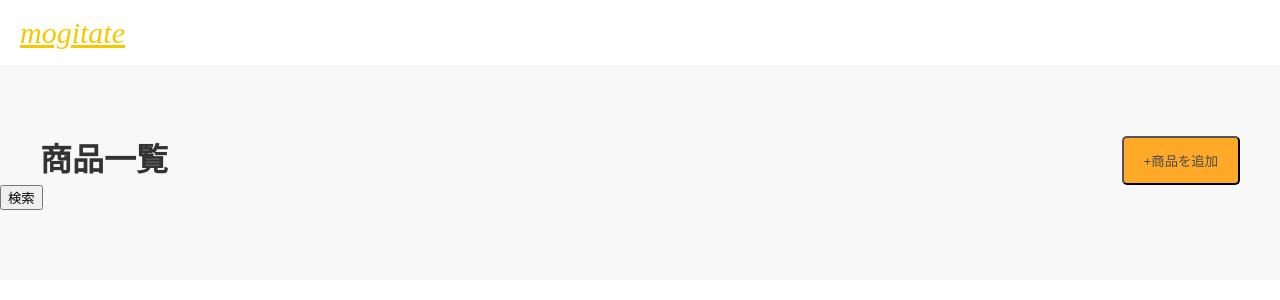
Repository: SuzukiFuminori/test-fruit
Page: http://localhost/products
These files come from the project's save history. The page is drawn as it stood at one moment and after the next save; the edit follows.
The browser window is 1280 px wide. The pictures show the whole page.
The page is served by the project's Laravel application, run on PHP 8.4 with Laravel 8. Other server files are loaded and not shown. Queries for data that is not in the repository find no rows.

Above is the page before, as saved 2024-12-30 03:48:14.

### src/routes/web.php
<?php

use Illuminate\Support\Facades\Route;
use App\Http\Controllers\ProductController;

/*
|--------------------------------------------------------------------------
| Web Routes
|--------------------------------------------------------------------------
|
| Here is where you can register web routes for your application. These
| routes are loaded by the RouteServiceProvider within a group which
| contains the "web" middleware group. Now create something great!
|
*/

Route::get('/products', [ProductController::class, 'index']);
Route::get('/products/register', [ProductController::class, 'add']);

### src/app/Http/Controllers/ProductController.php
<?php

namespace App\Http\Controllers;
use App\Models\Product;
use Illuminate\Http\Request;

class ProductController extends Controller
{
    // 商品一覧ページの表示
    public function index()
    {
        $products = Product::all();
        return view('index', ['products' => $products]);
    }

    // 商品登録ページの表示
    public function add()
    {
        return view('add');
    }
}

### src/resources/views/index.blade.php
@extends('layouts.default')

@section('title', '商品一覧')

@section('css')
<link rel="stylesheet" href="{{ asset('css/index.css') }}">
@endsection

@section('content')
  <div class="content">
    <div class="content__inner">
      <div class="content-heading">
        <div class="content-heading__title">
          @yield('title')
        </div>
        <div class="content-heading__button">
          <button class="content-heading__button-submit" type="submit">+商品を追加</button>
        </div>
      </div>
      <div class="content-container">
        <div class="search">
          <div class="search__input"></div>
          <div class="search__button">
            <button class="search__button-submit" >検索</button>
          </div>
        </div>
      </div>
    </div>
  </div>
@endsection

### src/resources/views/layouts/default.blade.php
<!DOCTYPE html>
<html lang="ja">

<head>
  <meta charset="UTF-8">
  <meta name="viewport" content="width=device-width, initial-scale=1.0">
  <title>@yield('title')</title>
  <link rel="stylesheet" href="{{ asset('css/sanitize.css') }}">
  <link rel="stylesheet" href="{{ asset('css/common.css') }}">
  @yield('css')
</head>

<body>
  <header class="header">
    <div class="header__inner">
      <a class="header__logo" href="/">
        mogitate
      </a>
    </div>
  </header>
  <main>
    @yield('content')
  </main>
</body>

</html>

### src/public/css/sanitize.css
/* Document
* ========================================================================== */

/**
* Add border box sizing in all browsers (opinionated).
*/

*,
::before,
::after {
  box-sizing: border-box;
}

/**
* 1. Add text decoration inheritance in all browsers (opinionated).
* 2. Add vertical alignment inheritance in all browsers (opinionated).
*/

::before,
::after {
  vertical-align: inherit;
  /* 2 */
  text-decoration: inherit;
  /* 1 */
}

/**
* 1. Use the default cursor in all browsers (opinionated).
* 2. Change the line height in all browsers (opinionated).
* 3. Use a 4-space tab width in all browsers (opinionated).
* 4. Remove the grey highlight on links in iOS (opinionated).
* 5. Prevent adjustments of font size after orientation changes in
*    IE on Windows Phone and in iOS.
* 6. Breaks words to prevent overflow in all browsers (opinionated).
*/

html {
  word-break: break-word;
  /* 6 */
  -moz-tab-size: 4;
  /* 3 */
  tab-size: 4;
  /* 3 */
  line-height: 1.5;
  /* 2 */
  cursor: default;
  /* 1 */

  -webkit-tap-highlight-color: transparent
    /* 4 */
  ;
  -ms-text-size-adjust: 100%;
  /* 5 */
  -webkit-text-size-adjust: 100%;
  /* 5 */
}

/* Sections
* ========================================================================== */

/**
* Remove the margin in all browsers (opinionated).
*/

body {
  margin: 0;
}

/**
* Correct the font size and margin on `h1` elements within `section` and
* `article` contexts in Chrome, Edge, Firefox, and Safari.
*/

h1 {
  margin: 0.67em 0;
  font-size: 2em;
}

/* Grouping content
* ========================================================================== */

/**
* Remove the margin on nested lists in Chrome, Edge, IE, and Safari.
*/

dl dl,
dl ol,
dl ul,
ol dl,
ul dl {
  margin: 0;
}

/**
* Remove the margin on nested lists in Edge 18- and IE.
*/

ol ol,
ol ul,
ul ol,
ul ul {
  margin: 0;
}

/**
* 1. Add the correct sizing in Firefox.
* 2. Show the overflow in Edge 18- and IE.
*/

hr {
  overflow: visible;
  /* 2 */
  height: 0;
  /* 1 */
}

/**
* Add the correct display in IE.
*/

main {
  display: block;
}

/**
* Remove the list style on navigation lists in all browsers (opinionated).
*/

nav ol,
nav ul {
  padding: 0;
  list-style: none;
}

/**
* 1. Correct the inheritance and scaling of font size in all browsers.
* 2. Correct the odd `em` font sizing in all browsers.
*/

pre {
  font-size: 1em;
  /* 2 */
  font-family: monospace, monospace;
  /* 1 */
}

/* Text-level semantics
* ========================================================================== */

/**
* Remove the gray background on active links in IE 10.
*/

a {
  background-color: transparent;
}

/**
* Add the correct text decoration in Edge 18-, IE, and Safari.
*/

abbr[title] {
  text-decoration: underline;
  text-decoration: underline dotted;
}

/**
* Add the correct font weight in Chrome, Edge, and Safari.
*/

b,
strong {
  font-weight: bolder;
}

/**
* 1. Correct the inheritance and scaling of font size in all browsers.
* 2. Correct the odd `em` font sizing in all browsers.
*/

code,
kbd,
samp {
  font-size: 1em;
  /* 2 */
  font-family: monospace, monospace;
  /* 1 */
}

/**
* Add the correct font size in all browsers.
*/

small {
  font-size: 80%;
}

/* Embedded content
* ========================================================================== */

/*
* Change the alignment on media elements in all browsers (opinionated).
*/

audio,
canvas,
iframe,
img,
svg,
video {
  vertical-align: middle;
}

/**
* Add the correct display in IE 9-.
*/

audio,
video {
  display: inline-block;
}

/**
* Add the correct display in iOS 4-7.
*/

audio:not([controls]) {
  display: none;
  height: 0;
}

/**
* Remove the border on iframes in all browsers (opinionated).
*/

iframe {
  border-style: none;
}

/**
* Remove the border on images within links in IE 10-.
*/

img {
  border-style: none;
}

/**
* Change the fill color to match the text color in all browsers (opinionated).
*/

svg:not([fill]) {
  fill: currentColor;
}

/**
* Hide the overflow in IE.
*/

svg:not(:root) {
  overflow: hidden;
}

/* Tabular data
* ========================================================================== */

/**
* Collapse border spacing in all browsers (opinionated).
*/

table {
  border-collapse: collapse;
}

/* Forms
* ========================================================================== */

/**
* Remove the margin on controls in Safari.
*/

button,
input,
select {
  margin: 0;
}

/**
* 1. Show the overflow in IE.
* 2. Remove the inheritance of text transform in Edge 18-, Firefox, and IE.
*/

button {
  overflow: visible;
  /* 1 */
  text-transform: none;
  /* 2 */
}

/**
* Correct the inability to style buttons in iOS and Safari.
*/

button,
[type="button"],
[type="reset"],
[type="submit"] {
  -webkit-appearance: button;
}

/**
* 1. Change the inconsistent appearance in all browsers (opinionated).
* 2. Correct the padding in Firefox.
*/

fieldset {
  padding: 0.35em 0.75em 0.625em;
  /* 2 */
  border: 1px solid #a0a0a0;
  /* 1 */
}

/**
* Show the overflow in Edge 18- and IE.
*/

input {
  overflow: visible;
}

/**
* 1. Correct the text wrapping in Edge 18- and IE.
* 2. Correct the color inheritance from `fieldset` elements in IE.
*/

legend {
  display: table;
  /* 1 */
  max-width: 100%;
  /* 1 */
  color: inherit;
  /* 2 */
  white-space: normal;
  /* 1 */
}

/**
* 1. Add the correct display in Edge 18- and IE.
* 2. Add the correct vertical alignment in Chrome, Edge, and Firefox.
*/

progress {
  display: inline-block;
  /* 1 */
  vertical-align: baseline;
  /* 2 */
}

/**
* Remove the inheritance of text transform in Firefox.
*/

select {
  text-transform: none;
}

/**
* 1. Remove the margin in Firefox and Safari.
* 2. Remove the default vertical scrollbar in IE.
* 3. Change the resize direction in all browsers (opinionated).
*/

textarea {
  overflow: auto;
  /* 2 */
  margin: 0;
  /* 1 */
  resize: vertical;
  /* 3 */
}

/**
* Remove the padding in IE 10-.
*/

[type="checkbox"],
[type="radio"] {
  padding: 0;
}

/**
* 1. Correct the odd appearance in Chrome, Edge, and Safari.
* 2. Correct the outline style in Safari.
*/

[type="search"] {
  outline-offset: -2px;
  /* 2 */

  -webkit-appearance: textfield;
  /* 1 */
}

/**
* Correct the cursor style of increment and decrement buttons in Safari.
*/

::-webkit-inner-spin-button,
::-webkit-outer-spin-button {
  height: auto;
}

/**
* Correct the text style of placeholders in Chrome, Edge, and Safari.
*/

::-webkit-input-placeholder {
  color: inherit;
  opacity: 0.54;
}

/**
* Remove the inner padding in Chrome, Edge, and Safari on macOS.
*/

::-webkit-search-decoration {
  -webkit-appearance: none;
}

/**
* 1. Correct the inability to style upload buttons in iOS and Safari.
* 2. Change font properties to `inherit` in Safari.
*/

::-webkit-file-upload-button {
  font: inherit;
  /* 2 */

  -webkit-appearance: button;
  /* 1 */
}

/**
* Remove the inner border and padding of focus outlines in Firefox.
*/

::-moz-focus-inner {
  padding: 0;
  border-style: none;
}

/**
* Restore the focus outline styles unset by the previous rule in Firefox.
*/

:-moz-focusring {
  outline: 1px dotted ButtonText;
}

/**
* Remove the additional :invalid styles in Firefox.
*/

:-moz-ui-invalid {
  box-shadow: none;
}

/* Interactive
* ========================================================================== */

/*
* Add the correct display in Edge 18- and IE.
*/

details {
  display: block;
}

/*
* Add the correct styles in Edge 18-, IE, and Safari.
*/

dialog {
  position: absolute;
  right: 0;
  left: 0;
  display: block;
  margin: auto;
  padding: 1em;
  width: -moz-fit-content;
  width: -webkit-fit-content;
  width: fit-content;
  height: -moz-fit-content;
  height: -webkit-fit-content;
  height: fit-content;
  border: solid;
  background-color: white;
  color: black;
}

dialog:not([open]) {
  display: none;
}

/*
* Add the correct display in all browsers.
*/

summary {
  display: list-item;
}

/* Scripting
* ========================================================================== */

/**
* Add the correct display in IE 9-.
*/

canvas {
  display: inline-block;
}

/**
* Add the correct display in IE.
*/

template {
  display: none;
}

/* User interaction
* ========================================================================== */

/*
* 1. Remove the tapping delay in IE 10.
* 2. Remove the tapping delay on clickable elements
in all browsers (opinionated).
*/

a,
area,
button,
input,
label,
select,
summary,
textarea,
[tabindex] {
  -ms-touch-action: manipulation;
  /* 1 */
  touch-action: manipulation;
  /* 2 */
}

/**
* Add the correct display in IE 10-.
*/

[hidden] {
  display: none;
}

/* Accessibility
* ========================================================================== */

/**
* Change the cursor on busy elements in all browsers (opinionated).
*/

[aria-busy="true"] {
  cursor: progress;
}

/*
* Change the cursor on control elements in all browsers (opinionated).
*/

[aria-controls] {
  cursor: pointer;
}

/*
* Change the cursor on disabled, not-editable, or otherwise
* inoperable elements in all browsers (opinionated).
*/

[aria-disabled="true"],
[disabled] {
  cursor: not-allowed;
}

/*
* Change the display on visually hidden accessible elements
* in all browsers (opinionated).
*/

[aria-hidden="false"][hidden] {
  display: initial;
}

[aria-hidden="false"][hidden]:not(:focus) {
  position: absolute;
  clip: rect(0, 0, 0, 0);
}

### src/public/css/common.css
.header {
  background: white;
}

.header__inner {
  margin: 0 auto;
  padding: 10px 20px;
  border-bottom: solid 1px #f4f4f4;
}

.header__logo {
  font-family: jsMath-cmti10;
  font-size: 30px;
  color: #F5C800;
  font-weight: 500;
  font-style: italic;
}

### src/public/css/index.css
.content {
  background: #f8f8f8;
}

.content__inner {
  margin: 0 auto;
  padding: 70px 0;
}

.content-heading {
  display: flex;
  justify-content: space-between;
  margin: 0 auto;
  padding: 0 40px 0;
}

.content-heading__title {
  font-family: "Hiragino Kaku Gothic Pro";
  font-size: 32px;
  color: #333333;
  font-weight: 600;
}

.content-heading__button-submit {
  padding: 13px 20px;
  background:#ffa929;
  color: #4B4B4B;
  border-radius: 5px;
}

.content-wrapper {
  display: flex;
  padding: 0 40px 0;
}

Loaded but not shown: src/app/Http/Controllers/Controller.php (common file); src/app/Models/Product.php (common file)

After the next save:
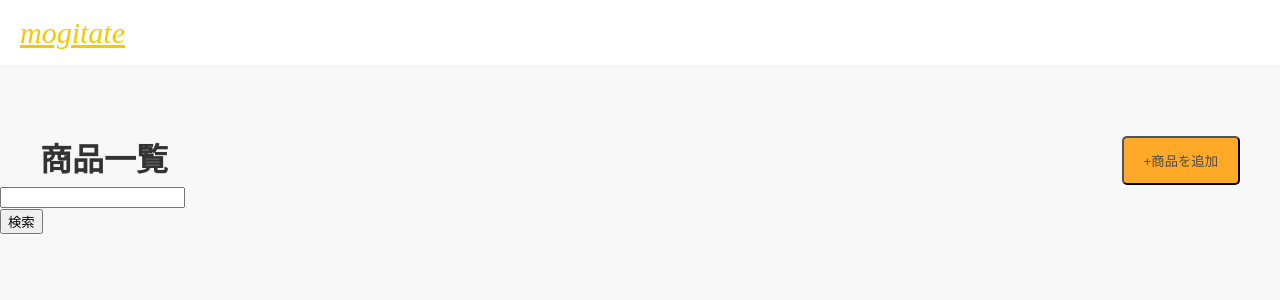
Saved 5 min 9 s later.
--- a/src/resources/views/index.blade.php
+++ b/src/resources/views/index.blade.php
@@ -19,7 +19,9 @@
       </div>
       <div class="content-container">
         <div class="search">
-          <div class="search__input"></div>
+          <div class="search__input">
+            <input
+          </div>
           <div class="search__button">
             <button class="search__button-submit" >検索</button>
           </div>
